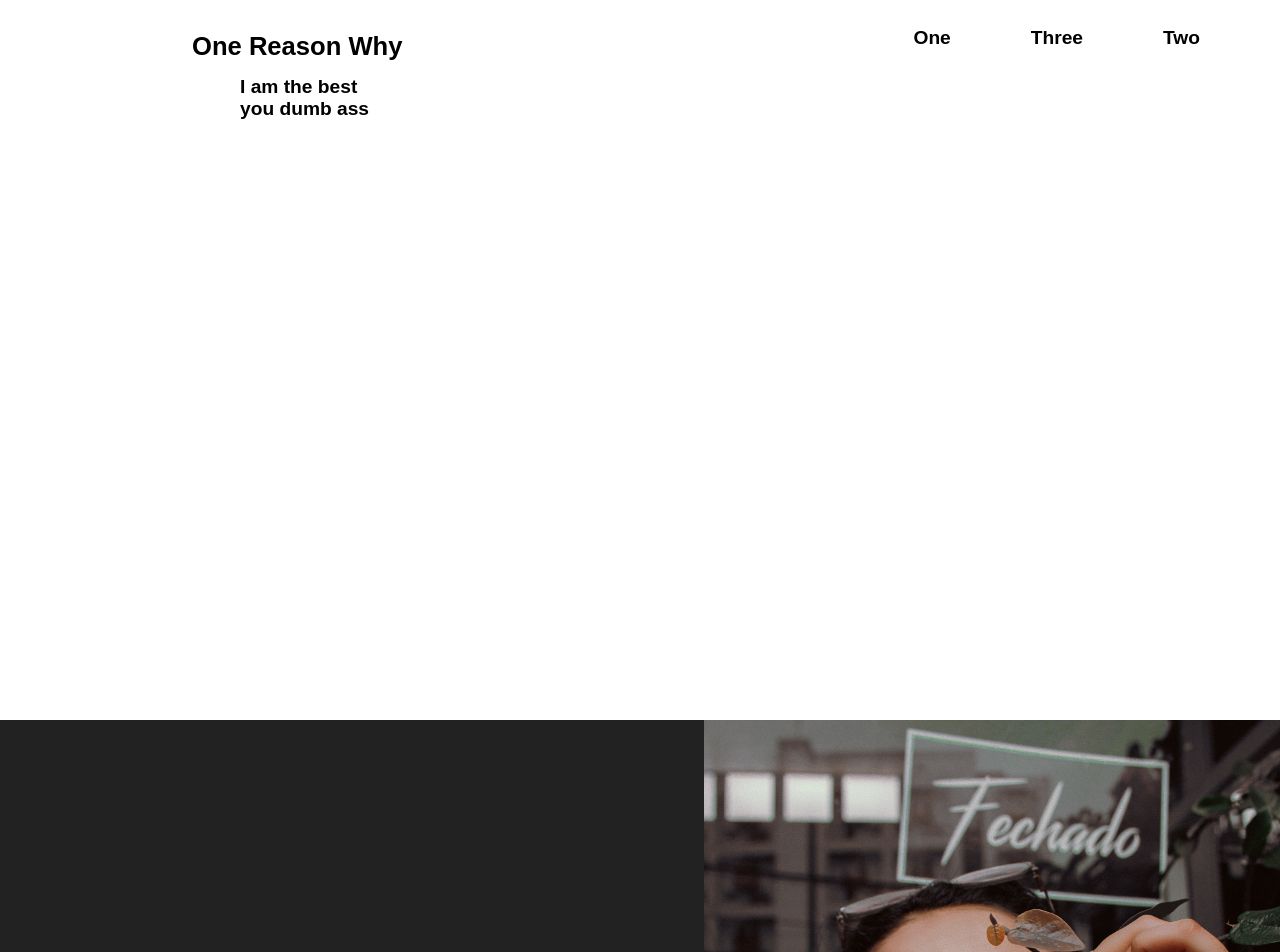
Repository: Imprasna/scrollmagic
Page: index.html
The author's editor kept a copy of each file at every save. The page is drawn from the files as they stood at one save, then again after the next save.
The browser window is 1280 px wide. The pictures show the part of the page from y = 0 to 952 px (the page is 2200 px tall).
A picture or video elsewhere on the page could not be fetched, so the positions and the page height are approximate. Some web fonts or font styles are not loaded; a fallback is used. Some web libraries are served in a nearby version.

Above is the page before, as saved 2021-11-14 18:21:25.

After the next save:
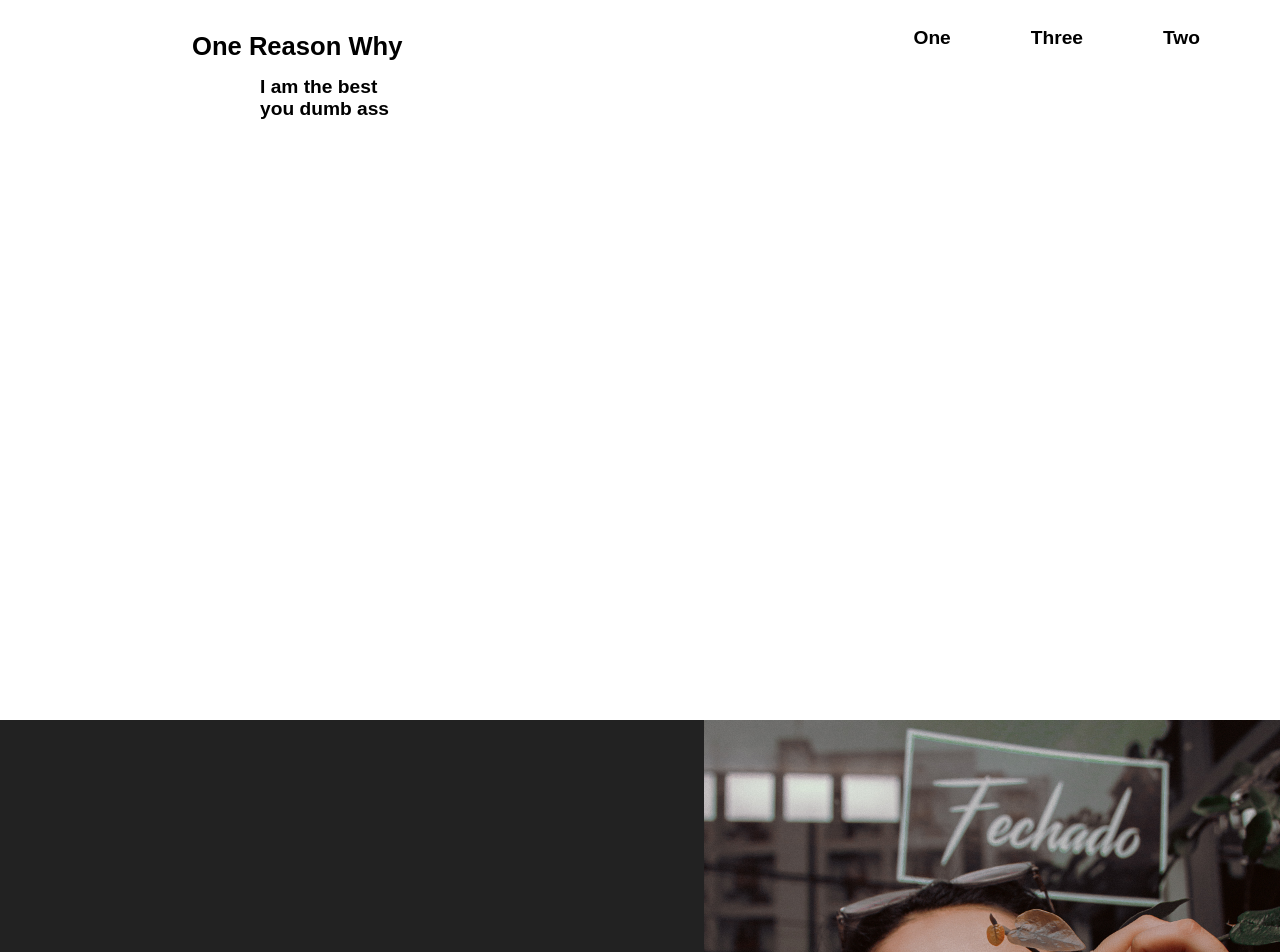
Saved 14 s later.
--- a/app.js
+++ b/app.js
@@ -27,5 +27,5 @@ let tl3 = gsap.timeline({
     },
 });
 
-tl.fromTo(".sliding-text", { x:160 }, { y:60 });
+tl.fromTo(".sliding-text", { x:180 }, { y:60 });
 tl2.fromTo(".logo", {scale: 6}, {scale: 1, top: "2rem", left: "12rem", x: "50%", y: "50%", pin: true});
